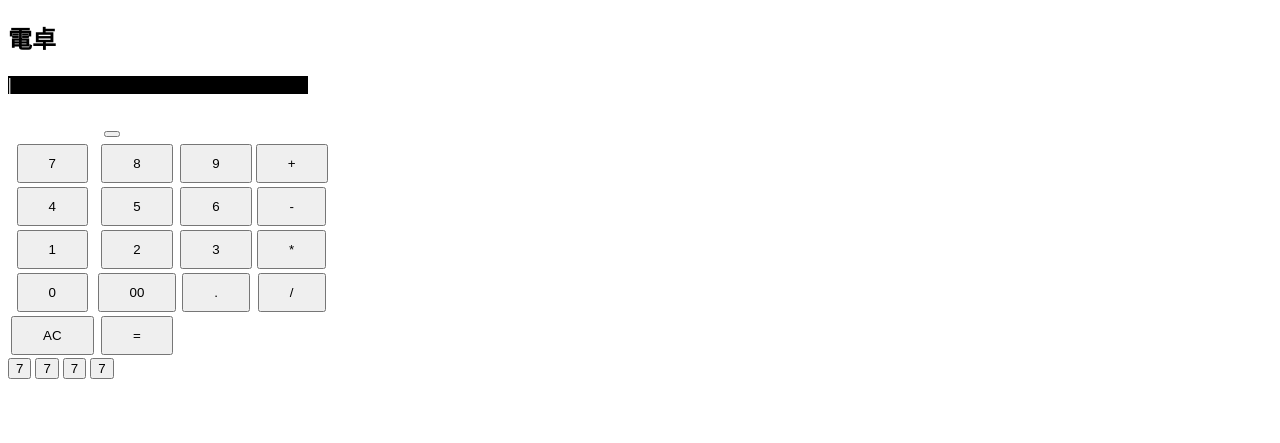
Repository: syokaturyou/potepan
Page: dentaku.html
The author's editor kept a record of every edit. The page is drawn from the files as they stood at one moment, then again after the next edit.
The browser window is 1280 px wide. The pictures show the whole page.

Above is the page before.

After the next edit:
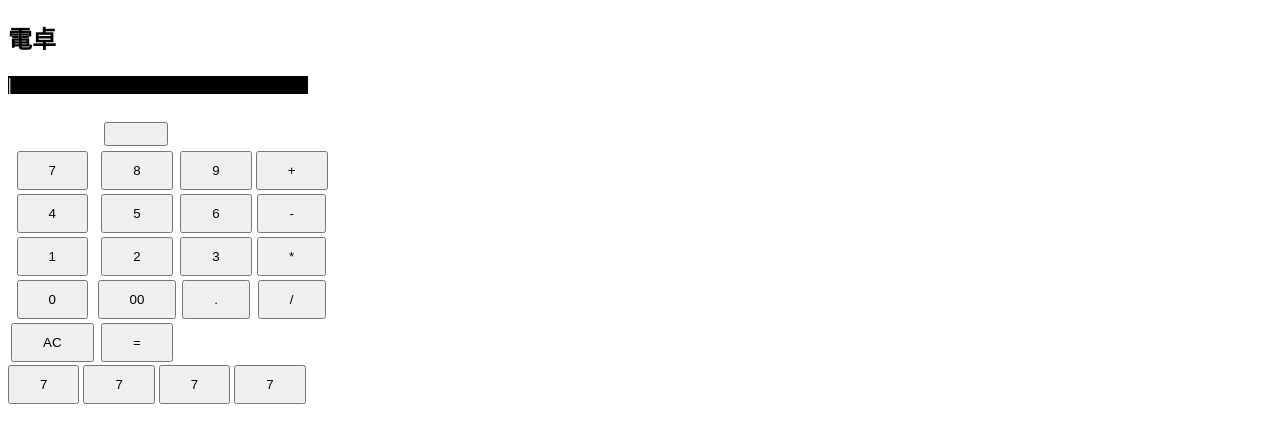
The edit:
--- a/css/main.css
+++ b/css/main.css
@@ -15,7 +15,7 @@
   background-color: black;
 }
 
-.buttonA {
+ button {
   /*border: 1px solid black;*/
   padding: 10px 30px;
   /*background-color: #C0C0C0;*/
